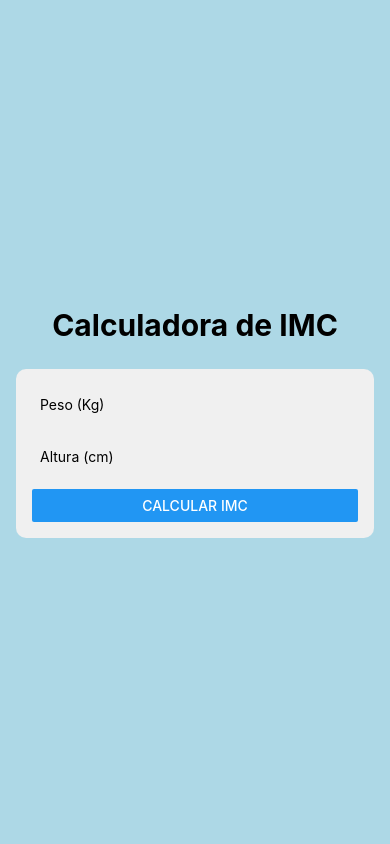
Repository: GustaPit/CalculadoraIMCpam
Screen: /
These files come from the project's save history. The screen is drawn as it stood at one moment and after the next save; the edit follows.
The app was drawn by React Native's web renderer in a window 390 px wide. The project was rebuilt for these pictures with package versions that can differ from the ones it lists, and the page was loaded fresh each time. Some packages were replaced by stand-ins written for this rebuild. Also part of the build but not shown: src/components/Result.js.

Above is the screen before, as saved 2025-04-04 12:04:30.

### App.js
import { StyleSheet, Text, View } from 'react-native';
import Title from './src/components/Title';
import FormIMC from './src/components/FormIMC';

export default function App() {
  return (
    <View style={styles.container}>
     <Title/>
     <FormIMC/>
    </View>
  );
}

const styles = StyleSheet.create({
  container: {
    flex: 1,
    backgroundColor: '#ADD8E6',
    padding: 16,
    justifyContent: 'center',
  },
});

### src/components/Title.js
import { Text, StyleSheet } from 'react-native';

const Title = () => {
    return (
    <Text style={styles.title}>Calculadora de IMC</Text>
    );
};

const styles = StyleSheet.create({
  title: {
    fontSize:30,
    fontWeight: 'bold',
    textAlign: 'center',
    marginBottom: 26,
  },
});

export default Title;

### src/components/FormIMC.js
import { View, TextInput, Button, StyleSheet } from 'react-native';
import Result from './Result';
import { useState } from 'react';

const FormIMC = () => {
    const [peso, setPeso] = useState('');
    const [altura, setAltura] = useState('');
    const [imc, setImc] = useState(null);

    const CalcularIMC = () => {
        if (peso && altura) {
            const alturaMetros = parseFloat(altura) / 100;
            const imcCalculado = (parseFloat(peso) / (alturaMetros * alturaMetros)).toFixed(2);
            setImc(imcCalculado);
        }
    };

    return (
        <View style={styles.formContainer}>
            <TextInput
                style={styles.input}
                placeholder="Peso (Kg)"
                keyboardType="numeric"
                value={peso}
                onChangeText={setPeso}
            />
            <TextInput
                style={styles.input}
                placeholder="Altura (cm)"
                keyboardType="numeric"
                value={altura}
                onChangeText={setAltura}
            />
            <Button title="Calcular IMC" onPress={CalcularIMC} />
            {imc && <Result imc={imc} />}
        </View>
    );
};

const styles = StyleSheet.create({
    formContainer: {
        backgroundColor: '#f0f0f0',
        padding: 16,
        borderRadius: 10,
    },
    input: {
        height: 40,
        borderColor: 'gray',
        borderWidht: 1,
        marginBottom: 12,
        paddingHorizontal: 8,
        borderRadius: 5,
    },
});

export default FormIMC;

Loaded but not shown: index.js (common file)

After the next save:
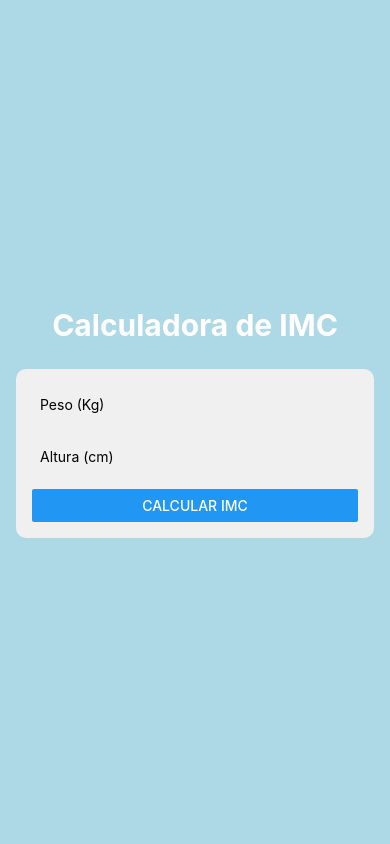
Saved 17 s later.
--- a/src/components/Title.js
+++ b/src/components/Title.js
@@ -12,6 +12,7 @@ const styles = StyleSheet.create({
     fontWeight: 'bold',
     textAlign: 'center',
     marginBottom: 26,
+    color: '#fff',
   },
 });
 
